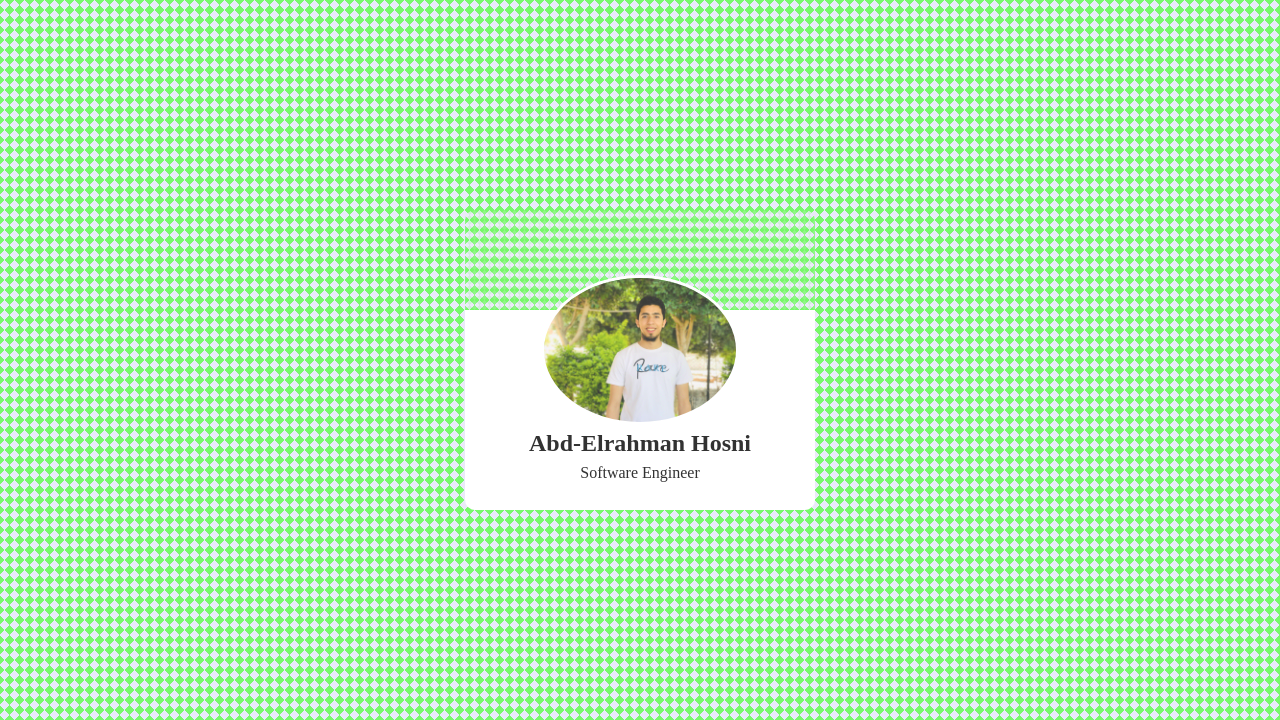
Repository: Abdo-Hosni123/Html-and-css-projects
Page: index.html
These files come from the project's save history. The page is drawn as it stood at one moment and after the next save; the edit follows.
The browser window is 1280 px wide. The pictures show the whole page.

Above is the page before, as saved 2023-12-05 22:33:16.

### index.html
<!DOCTYPE html>
<html lang="en">
<head>
    <meta charset="UTF-8">
    <meta name="viewport" content="width=device-width, initial-scale=1.0">
    <title>Abd-Elrahman Honsi's profile component</title>
    <link rel="stylesheet" href="Style.css">
</head>
<body>
    <div class="container">
        <article class="card">
            <div class="top"></div>
            <div class="middle">
                <img src="./assets/mypicture.jpg" alt="picture of Abdelrahman Hosni" class="card-img">
                <h2>Abd-Elrahman Hosni</h2>
                <p>Software Engineer</p>
            </div>
            <div class="bottom"></div>
        </article>

    </div>
</body>
</html>

### Style.css

*, *::before, *::after {
box-sizing: border-box;
}
* {
margin: 0;
}
body {
line-height: 1.5;
-webkit-font-smoothing: antialiased;
}

img, picture, video, canvas, svg {
display: block;
max-width: 100%;
}

input, button, textarea, select {
font: inherit;
}

p, h1, h2, h3, h4, h5, h6 {
overflow-wrap: break-word;
}

#root, #__next {
isolation: isolate;
}
.container{
    display: flex;
    align-items: center;
    justify-content: center;
    min-height: 100vh;
    background-color: #e5e5f7;
    opacity: 0.8;
    background-image:  linear-gradient(135deg, #58f745 25%, transparent 25%), linear-gradient(225deg, #58f745 25%, transparent 25%), linear-gradient(45deg, #58f745 25%, transparent 25%), linear-gradient(315deg, #58f745 25%, #e5e5f7 25%);
    background-position:  10px 0, 10px 0, 0 0, 0 0;
    background-size: 10px 10px;
    background-repeat: repeat;

}
.card {
    display: flex;
    flex-direction: column;
    min-width: 350px;
    border-radius: 10px;
    overflow: hidden;
}
.top {
    height: 100px;
    background-color: #e5e5f7;
    opacity: 0.8;
    background-image:  linear-gradient(135deg, #58f745 25%, transparent 25%), linear-gradient(225deg, #58f745 25%, transparent 25%), linear-gradient(45deg, #58f745 25%, transparent 25%), linear-gradient(315deg, #58f745 25%, #e5e5f7 25%);
    background-position:  10px 0, 10px 0, 0 0, 0 0;
    background-size: 10px 10px;
    background-repeat: repeat;
    z-index: 1;
}
.middle{
    display: flex;
    flex-direction: column;
    justify-content: center;
    align-items: center;
    background-color: white;
    height: 200px;
}
.card-img{
    margin-top: -60px;
    border-radius: 50%;
    border: 3px solid white;
    height: 150px;
    z-index: 2;

}

After the next save:
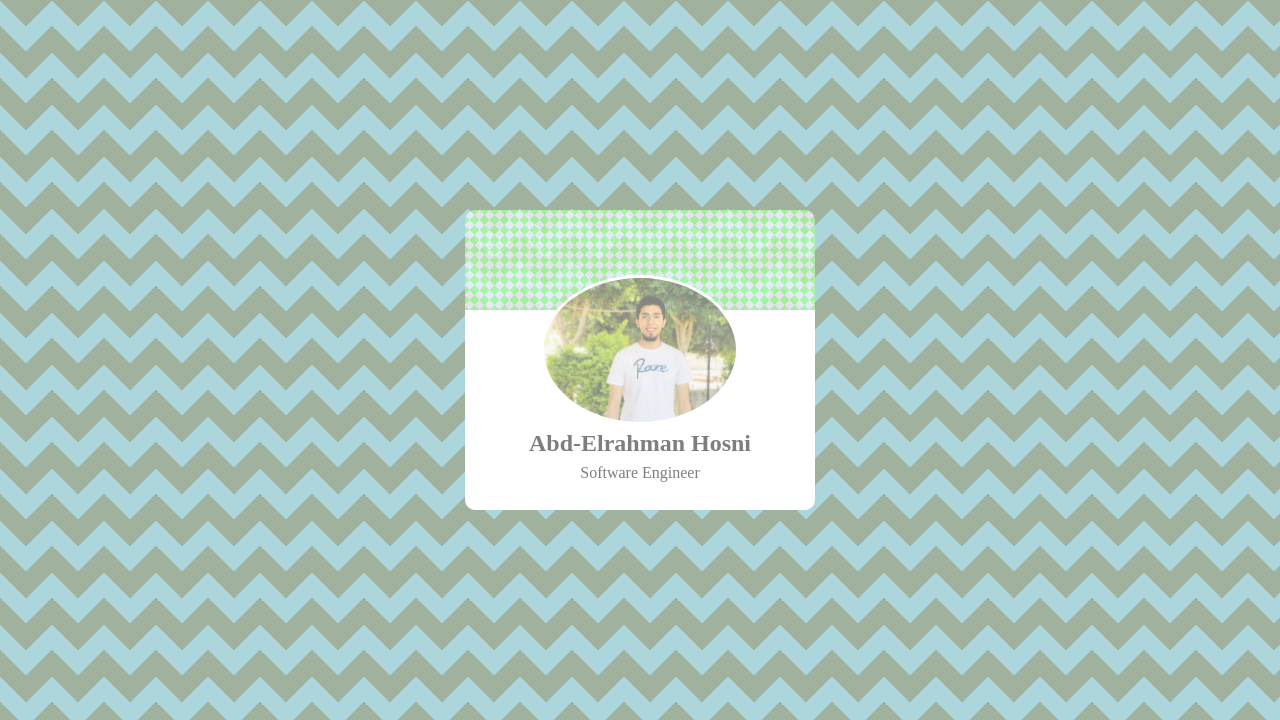
Saved 37 s later.
--- a/Style.css
+++ b/Style.css
@@ -31,11 +31,11 @@ isolation: isolate;
     align-items: center;
     justify-content: center;
     min-height: 100vh;
-    background-color: #e5e5f7;
-    opacity: 0.8;
-    background-image:  linear-gradient(135deg, #58f745 25%, transparent 25%), linear-gradient(225deg, #58f745 25%, transparent 25%), linear-gradient(45deg, #58f745 25%, transparent 25%), linear-gradient(315deg, #58f745 25%, #e5e5f7 25%);
-    background-position:  10px 0, 10px 0, 0 0, 0 0;
-    background-size: 10px 10px;
+    background-color: #5bacba;
+    opacity: 0.5;
+    background-image:  linear-gradient(135deg, #446740 25%, transparent 25%), linear-gradient(225deg, #446740 25%, transparent 25%), linear-gradient(45deg, #446740 25%, transparent 25%), linear-gradient(315deg, #446740 25%, #5bacba 25%);
+    background-position:  26px 0, 26px 0, 0 0, 0 0;
+    background-size: 52px 52px;
     background-repeat: repeat;
 
 }
